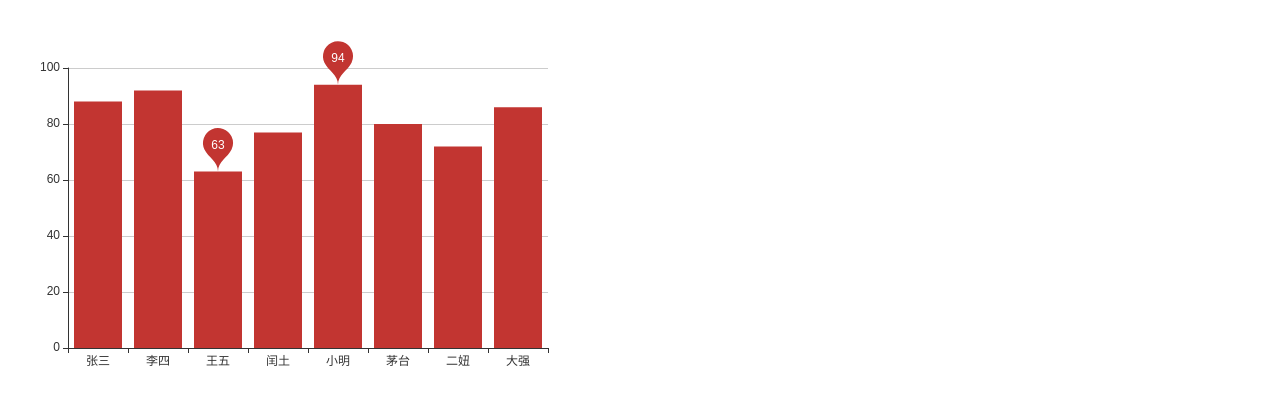
Repository: lm101845/LearnDataVisualization
Page: 02-Echarts/02-代码手敲/03.柱状图的实现.html
The author's editor kept a copy of each file at every save. The page is drawn from the files as they stood at one save, then again after the next save.
The browser window is 1280 px wide. The pictures show the whole page.

Above is the page before, as saved 2022-03-09 23:54:46.

### 02-Echarts/02-代码手敲/03.柱状图的实现.html
<!--
 * @Author: liming
 * @Date: 2022-03-09 23:29:46
 * @LastEditTime: 2022-03-09 23:29:46
 * @FilePath: \02-Echarts\02-代码手敲\03.柱状图的实现.html
-->
<!--
    1. ECharts最基本的代码结构
    2. x轴数据:['张三', '李四', '王五', '闰土', '小明', '茅台', '二妞', '大强']
    3. y轴数据:[88, 92, 63, 77, 94, 80, 72, 86]
    4. 将type的值设置为bar
 -->
<!DOCTYPE html>
<html lang="en">

<head>
    <meta charset="UTF-8">
    <meta http-equiv="X-UA-Compatible" content="IE=edge">
    <meta name="viewport" content="width=device-width, initial-scale=1.0">
    <title>Document</title>
    <!-- 1.引入 -->
    <script src="lib/echarts.min.js"></script>
</head>

<body>
    <!-- 2.准备盒子 -->
    <div style="width: 600px;height:400px"></div>
    <script>
        // 3.初始化echarts实例对象
        let myCharts = echarts.init(document.querySelector("div"))

        let xDataArr = ['张三', '李四', '王五', '闰土', '小明', '茅台', '二妞', '大强']
        let yDataArr = [88, 92, 63, 77, 94, 80, 72, 86]
            //4.准备配置项——除了这一步，其他代码都是一模一样的
            //option就配置3个东西：x轴，y轴，series
            //其中x,y都是对象,而series是一个数组，数组里面是一个一个对象
        let options = {
                //x轴是分类轴
                xAxis: {
                    type: 'category',
                    data: xDataArr
                },
                //y轴是数值轴,data可以不写在y轴上面，因为y轴的数据是由series决定的
                yAxis: {
                    type: 'value'
                },
                series: [{
                    name: '语文',
                    type: 'bar', //bar表示柱状图
                    data: yDataArr,
                    //最大值\最小值  markPoint
                    markPoint: {
                        data: [
                            {
                                type: 'max',
                                name: '最大值'
                            },
                            {
                                type: 'min',
                                name: '最小值'
                            }
                        ]
                    }
                }]
            }
            //5.将配置项设置给echarts实例对象
        myCharts.setOption(options)
    </script>
</body>

</html>

Loaded but not shown: 02-Echarts/02-代码手敲/lib/echarts.min.js (library)

After the next save:
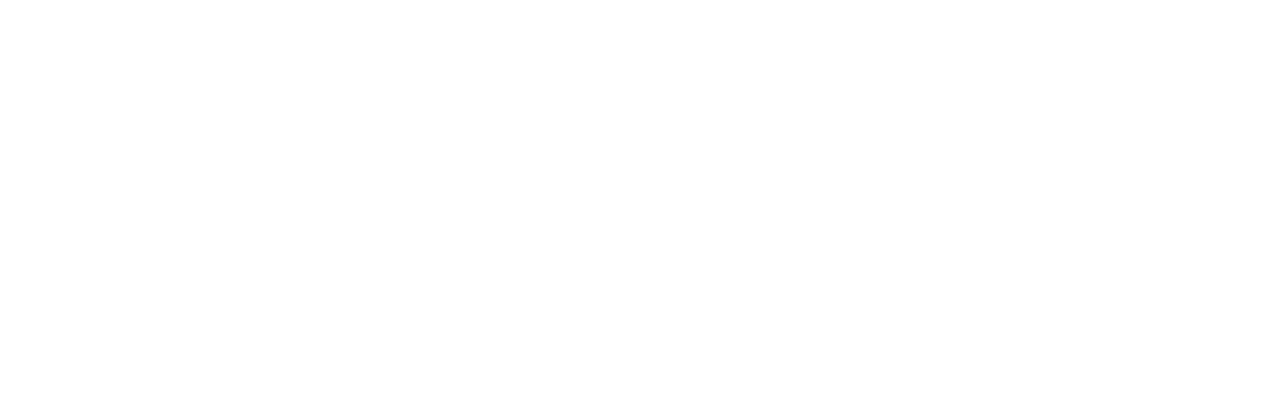
Console error: SyntaxError: Unexpected token ']'
Saved 32 s later.
--- a/02-Echarts/02-代码手敲/03.柱状图的实现.html
+++ b/02-Echarts/02-代码手敲/03.柱状图的实现.html
@@ -60,6 +60,12 @@
                                 name: '最小值'
                             }
                         ]
+                    },
+                    markLine: {
+                        data:[
+                            {type: 'average', name: '平均值'}
+                        ]
+                        ]
                     }
                 }]
             }

After the save that followed:
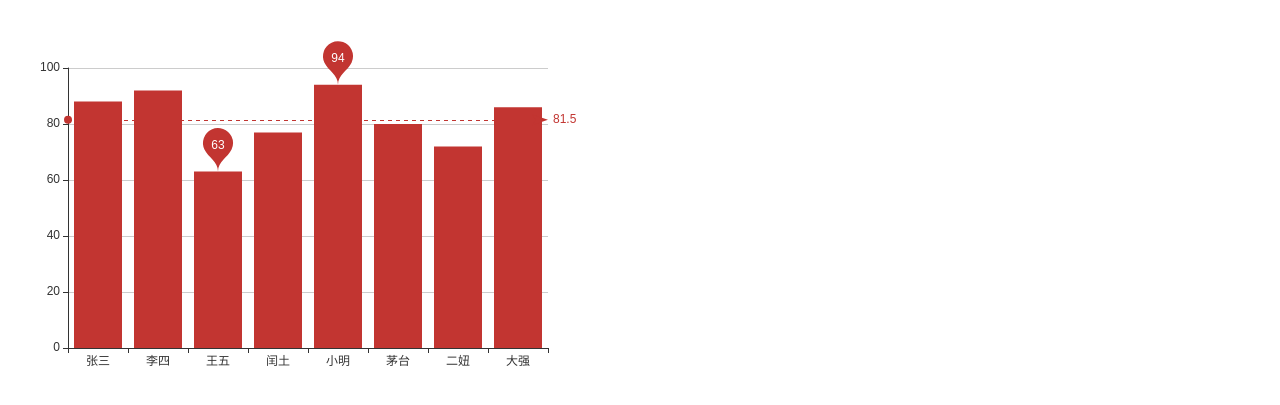
The error is gone.
Saved 9 s later.
--- a/02-Echarts/02-代码手敲/03.柱状图的实现.html
+++ b/02-Echarts/02-代码手敲/03.柱状图的实现.html
@@ -65,7 +65,7 @@
                         data:[
                             {type: 'average', name: '平均值'}
                         ]
-                        ]
+
                     }
                 }]
             }
